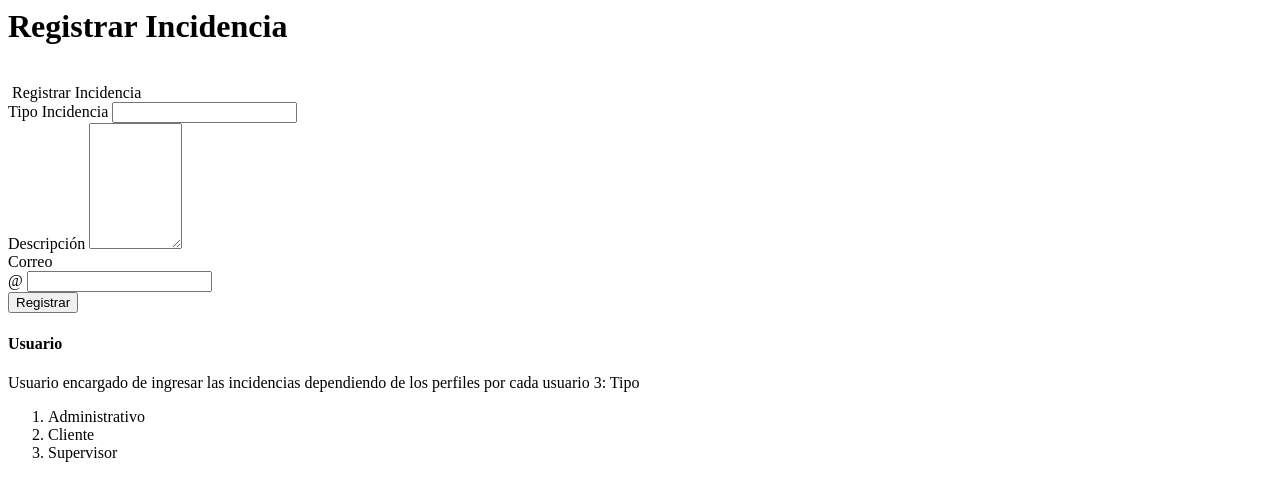
Repository: androla10/ProyectoCibert5to
Page: http://localhost/GDI/Incidencia/RegistrarIncidencia.jsp
These files come from the project's save history. The page is drawn as it stood at one moment and after the next save; the edit follows.
The browser window is 1280 px wide. The pictures show the whole page.
The page is served by Tomcat 9. Nobody is signed in. The application's start-up code is not run. Other server files are loaded and not shown.

Above is the page before, as saved 2016-05-10 21:51:13.

### GDI/src/main/webapp/Incidencia/RegistrarIncidencia.jsp
<div class="container-fluid">
	<h1 class="text-center">Registrar Incidencia</h1>
	<br>
	<div class="panel-primary">
		<div class="panel-heading">
			<i class="fa fa-user fa-1x"></i>&nbsp;Registrar Incidencia
		</div>
		<div class="panel-body">
			<form action="" id="formRegistroUsuario">
				<div class="row">
					<div class="col-xs-12 col-sm-12 col-md-6 col-lg-6">
						<div class="form-group">
							<label for="nombre">Tipo Incidencia</label> <input type="text"
								class="form-control" name="usuario.nombre" id="Nombre" />
						</div>
						<div class="form-group">
							<label for="descripcion">Descripción</label>
							<textarea type="text" class="form-control" name="usuario.apellido" id="descripcion" rows="8" cols="9"></textarea>
						</div>
						<div class="form-group">
							<label for="Correo" class="control-label">Correo</label>
							<div class="input-group">
								<span class="input-group-addon">@</span> <input type="email"
									class="form-control" name="usuario.correo" id="Correo" />
							</div>
						</div>
						<button type="submit" class="btn btn-primary">Registrar</button>
					</div>
					<div class="col-xs-12 col-sm-12 col-sm-6 col-lg-6">
						<h4>Usuario</h4>
						<p>Usuario encargado de ingresar las incidencias dependiendo
							de los perfiles por cada usuario 3: Tipo
						<ol>
							<li>Administrativo</li>
							<li>Cliente</li>
							<li>Supervisor</li>
						</ol>
						</p>
					</div>
				</div>
			</form>
		</div>
	</div>
</div>

After the next save:
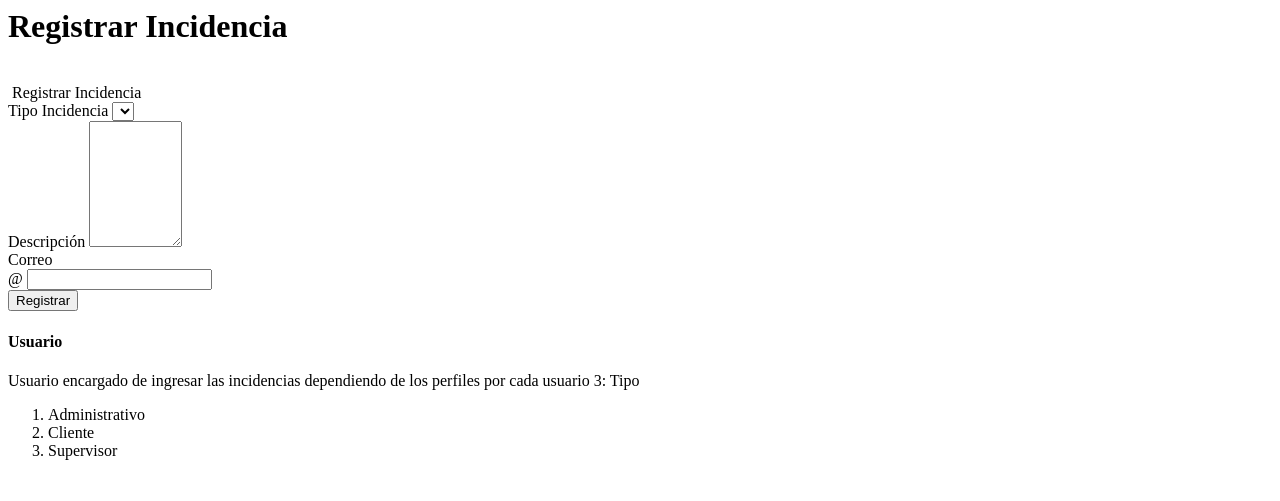
Saved 61 s later.
--- a/GDI/src/main/webapp/Incidencia/RegistrarIncidencia.jsp
+++ b/GDI/src/main/webapp/Incidencia/RegistrarIncidencia.jsp
@@ -10,8 +10,10 @@
 				<div class="row">
 					<div class="col-xs-12 col-sm-12 col-md-6 col-lg-6">
 						<div class="form-group">
-							<label for="nombre">Tipo Incidencia</label> <input type="text"
-								class="form-control" name="usuario.nombre" id="Nombre" />
+							<label for="nombre">Tipo Incidencia</label>
+							<select name="incidencia.TipoIncidencia">
+
+							</select>
 						</div>
 						<div class="form-group">
 							<label for="descripcion">Descripción</label>
